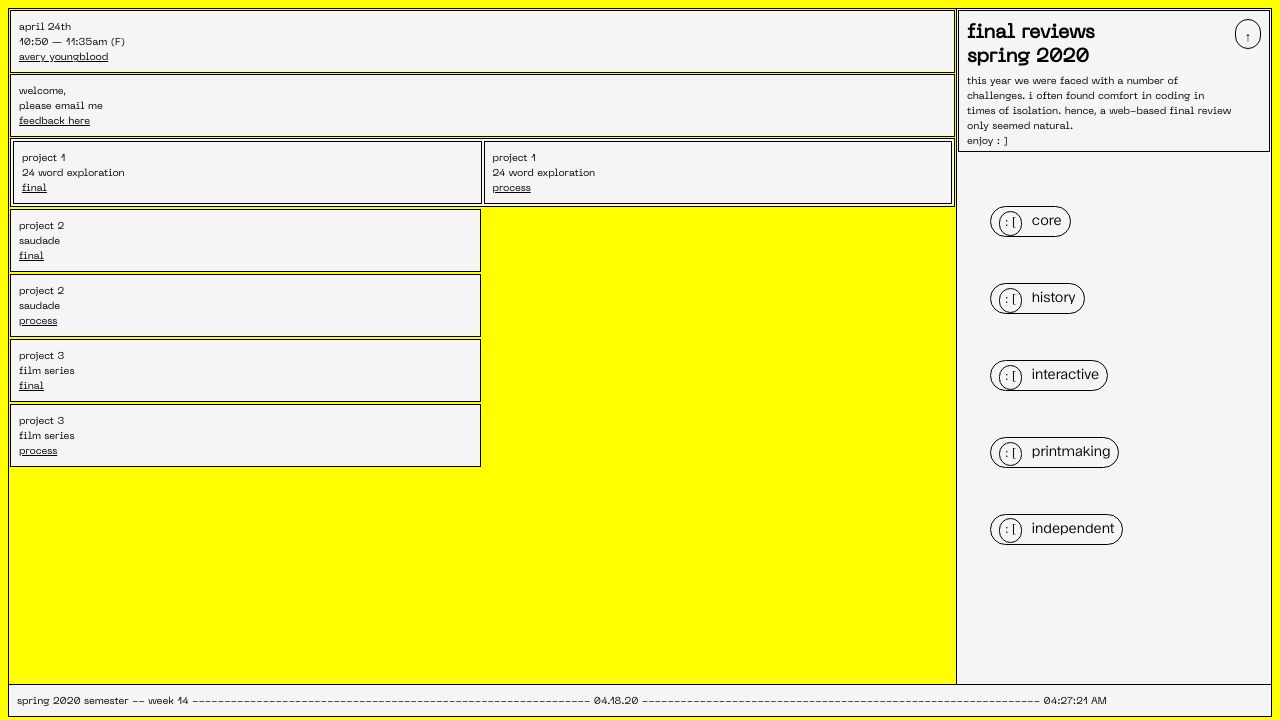
Repository: ayoungblood2/Spring-Semester-2020
Page: index v2/classes/core.html
An editor plug-in stored every save of this project. The page is shown before and after the next save, followed by the edit.
The browser window is 1280 px wide. The pictures show the whole page.
Some web libraries are served in a nearby version.

Above is the page before, as saved 2020-04-18 15:37:22.

After the next save:
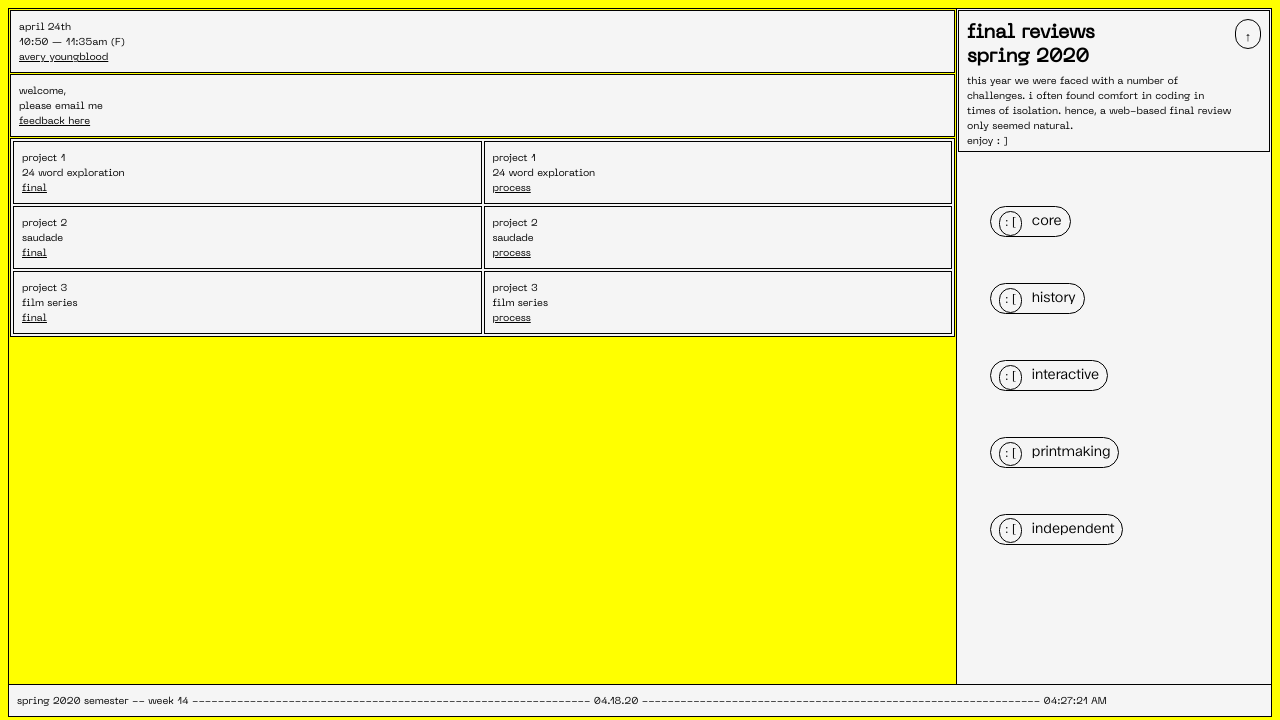
Saved 80 s later.
--- a/index v2/classes/core.html
+++ b/index v2/classes/core.html
@@ -59,34 +59,29 @@
                 <br> 24 word exploration
                 <br><a href="/index v2/classes/core-prct1-2.html" class="PageHeader--link">process</a>
             </section>
-        </header>
-
-        <header class="PageHeader PageHeader--home" style="display: inline-flex; width:49.75%;">
-            <section class="PageHeader-classInfo">
+
+
+            <section class="grid-item">
                 project 2
                 <br> saudade
                 <br><a href="/index v2/classes/core-prct2-1.html" class="PageHeader--link">final</a>
             </section>
-        </header>
-
-        <header class="PageHeader PageHeader--home" style="display: inline-flex; width:49.75%;">
-            <section class="PageHeader-classInfo">
+
+
+            <section class="grid-item">
                 project 2
                 <br> saudade
                 <br><a href="/index v2/classes/core-prct2-2.html" class="PageHeader--link">process</a>
             </section>
-        </header>
-
-        <header class="PageHeader PageHeader--home" style="display: inline-flex; width:49.75%;">
-            <section class="PageHeader-classInfo">
+
+
+            <section class="grid-item">
                 project 3
                 <br> film series
                 <br><a href="/index v2/classes/core-prct3-1.html" class="PageHeader--link">final</a>
             </section>
-        </header>
-
-        <header class="PageHeader PageHeader--home" style="display: inline-flex; width:49.75%;">
-            <section class="PageHeader-classInfo">
+
+            <section class="grid-item">
                 project 3
                 <br> film series
                 <br><a href="/index v2/classes/core-prct3-2.html" class="PageHeader--link">process</a>
